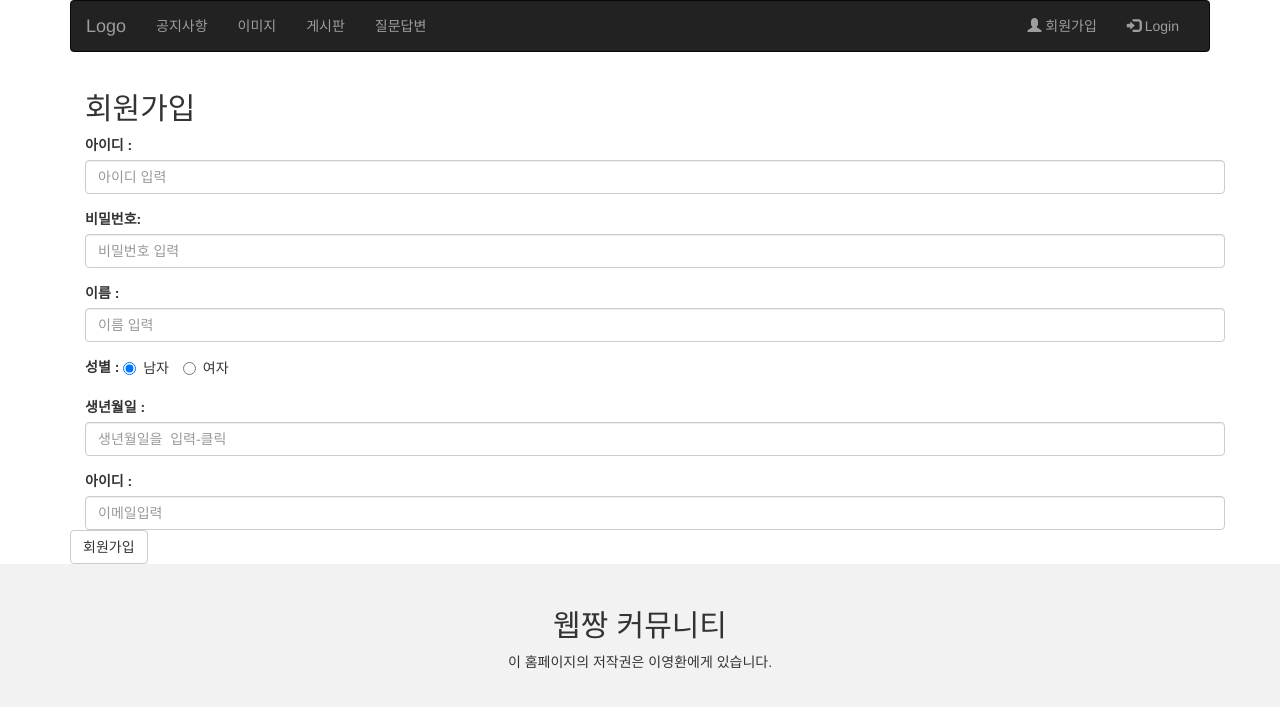
Repository: xo461/test
Page: http://localhost/webjjangcom_ver2/member/joinForm.jsp
An editor plug-in stored every save of this project. The page is shown before and after the next save, followed by the edit.
The browser window is 1280 px wide. The pictures show the whole page.
Some web libraries are served in a nearby version. The page is served by Tomcat 9. Other server files are loaded and not shown. The template is opened directly, without the code that normally fills it, so the values that code supplies are empty.

Above is the page before, as saved 2019-11-13 02:37:48.

### web/webjjangcom_ver2/WebContent/WEB-INF/sitemesh.xml
<?xml version="1.0" encoding="UTF-8"?>
<!DOCTYPE XML>
<!-- 작성자 : 이영환 -->
<!-- 작성일 : 2018-11-14 -->
<!-- sitemesh 설정에 대한 정의 xml 파일 -->
<sitemesh>
	<!-- 레이아웃 꾸미기는 /WEB-INF/decorators.xml로 정의 -->
	<property name="decorators-file" value="/WEB-INF/decorators.xml" />
	<!-- 위에 property로 정의된 xml를 포함 시킨다. -->
	<excludes file="${decorators-file}" />

	<!-- HTML 분해 객체 선택 : title, head, body-->
	<page-parsers>
		<parser content-type="text/html"
			class="com.opensymphony.module.sitemesh.parser.HTMLPageParser" />
	</page-parsers>

	<!-- HTML 조립기 -->
	<decorator-mappers>
		<mapper

			class="com.opensymphony.module.sitemesh.mapper.ConfigDecoratorMapper">
			<param name="config" value="${decorators-file}" />
		</mapper>
	</decorator-mappers>
</sitemesh>

### web/webjjangcom_ver2/WebContent/WEB-INF/decorators.xml
<?xml version="1.0" encoding="UTF-8"?>
<!DOCTYPE XML>
<!-- 작성자 : 이영환 -->
<!-- 작성일 : 2018-11-14 -->
<!-- 꾸미기(레이아웃)에 대한 선언 -->
<decorators defaultdir="/WEB-INF/views/decorator">
	<!-- hello에 대한 요청이 들어오면 적용시키는 레이아웃 선언 -->
	<decorator name="main" page="default_decorator.jsp">
		<!-- url 패턴 중에서 적용이 안되는(패턴의 충돌) 패턴이 있으면 *를 제거하고 적용하세요. -->
<!-- 		<pattern>/</pattern> -->
		<pattern>/main</pattern>
		<pattern>/notice/*</pattern>
		<pattern>/board/*</pattern>
		<pattern>/member/*</pattern>
		<pattern>/qna/*</pattern>
		<pattern>/image/*</pattern>
	</decorator>

	<!-- 관리자의 대한 요청 레이아웃 선언 -->
<!-- 	<decorator name="admin" page="admin_decorator.jsp"> -->
<!-- 		<pattern>/admin/*</pattern> -->
<!-- 	</decorator> -->

	<!-- 데코레이션에서 제외되는 요청을 선언 -->

</decorators>

### web/webjjangcom_ver2/WebContent/member/joinForm.jsp
<%@ page language="java" contentType="text/html; charset=UTF-8"
    pageEncoding="UTF-8"%>
<!DOCTYPE html>
<html>
<head>
<meta charset="UTF-8">
<title>회원가입</title>
<!-- bootstrap 라이브러리 등록 :CDN 방식 -->
  <meta name="viewport" content="width=device-width, initial-scale=1">
  <link rel="stylesheet" href="https://maxcdn.bootstrapcdn.com/bootstrap/3.4.0/css/bootstrap.min.css">
  <link rel="stylesheet" href="//code.jquery.com/ui/1.12.1/themes/base/jquery-ui.css">
  <script src="https://ajax.googleapis.com/ajax/libs/jquery/3.4.1/jquery.min.js"></script>
  <script src="https://maxcdn.bootstrapcdn.com/bootstrap/3.4.0/js/bootstrap.min.js"></script>
  <script src="https://code.jquery.com/ui/1.12.1/jquery-ui.js"></script>

<script>
  $( function() {
    $( "#birth" ).datepicker();
    $( "#birth" ).datepicker( "option", "dateFormat", "yy-mm-dd");
  } );
  </script>
</head>
<body>
<div class="container">

<!-- hearder -> h1 : 첫번째 나오는 제목 -->
	<h2>회원가입</h2>
	<form action="join.jsp" method="post">
    <div class="form-group">

<!--     아이디 입력 -->
      <label for="id">아이디 :</label>
<!--  아이디 입력 - 4자 이상 20자 이내 , 영문자와 숫자만 가능, 맨 앞자리는 영문자, 필수입력 -->
<!-- maxlength : 최대 입력 글자수, pattern : 입력 글자의 형식,
title : 마우스를 올려 놨을때 메시지, 또는 형식에 안맞을 때 사용하는 메세지  -->
      <input type="text" class="form-control" id="id"
      placeholder="아이디 입력" name="id"
      maxlength="20" required="required"
	  pattern="^[A-Za-z][A-Za-z0-9]{3,19}$"
	  title="4-20자 영숫자, 맨 앞자는 영문자"/>
    </div>

<!--     비밀번호 입력 -->
    <div class="form-group">
      <label for="pw">비밀번호:</label>
      <input type="password" class="form-control" id="pw"
      		 maxlength="20" required="required"
			 pattern="^.{4,20}$" title="4-20이내의 글자 입력"
			 placeholder="비밀번호 입력"
      		 name="pw"/>
    </div>

<!--     이름입력 -->
    <div class="form-group">
      <label for="name">이름 :</label>
<!--  아이디 입력 - 2자 이상 10자 이내 , 한글만 가능, 필수입력 -->
<!-- maxlength : 최대 입력 글자수, pattern : 입력 글자의 형식,
title : 마우스를 올려 놨을때 메시지, 또는 형식에 안맞을 때 사용하는 메세지  -->
      <input type="text" class="form-control" id="name"
      placeholder="이름 입력" name="name"
      maxlength="10" required="required"
	  pattern="^[가-힣]{2,10}$"
	  title="2-10자 한글"/>
    </div>

<!--     성별 입력 -->
    <div class="form-group">
        <label for="namd">성별 :</label>
    	<label class="radio-inline">
    		<input type="radio" name="gender" checked
    			value = "남자" >남자
    	</label>
    	<label class="radio-inline">
    		<input type="radio" name="gender"
    			value = "여자" >여자
    	</label>
    </div>

<!--     생년월일 입력 -->
    <div class="form-group">
      <label for="birth">생년월일 :</label>
<!-- maxlength : 최대 입력 글자수, pattern : yyyy-mm-dd,
title : 마우스를 올려 놨을때 메시지, 또는 형식에 안맞을 때 사용하는 메세지  -->
      <input type="text" class="form-control" id="birth"
      placeholder="생년월일을  입력-클릭" name="birth"
      maxlength="10" required="required"
	  pattern="^[0-9]{4}-[0-9]{1,2}-[0-9]{1,2}$"
	  />
    </div>

<!--     이메일 입력 -->
      <label for="id">아이디 :</label>
<!--  아이디 입력 - 4자 이상 20자 이내 , 영문자와 숫자만 가능, 맨 앞자리는 영문자, 필수입력 -->
<!-- maxlength : 최대 입력 글자수, pattern : 입력 글자의 형식,
title : 마우스를 올려 놨을때 메시지, 또는 형식에 안맞을 때 사용하는 메세지  -->
      <input type="text" class="form-control" id="email"
      placeholder="이메일입력" name="email"
      maxlength="50" required="required"
	  pattern="[A-Za-z0-9]@"
	  title="4-20자 영숫자, 맨 앞자는 영문자"/>
    </div>

    <button type="submit" class="btn btn-default">회원가입</button>
</form>
</div>
</body>
</html>

### web/webjjangcom_ver2/WebContent/WEB-INF/views/decorator/default_decorator.jsp
<!-- sitemesh 사용을 위한 설정 파일 -->
<!-- 작성자 : 이영환 -->
<!-- 작성일 : 2018-11-14 -->

<%@ page language="java" contentType="text/html; charset=UTF-8"
	pageEncoding="UTF-8"%>
<%@taglib prefix="decorator"
	uri="http://www.opensymphony.com/sitemesh/decorator"%>
<%@taglib prefix="c" uri="http://java.sun.com/jsp/jstl/core"%>
<!DOCTYPE html>
<html>

<head>
<meta http-equiv="Content-Type" content="text/html; charset=UTF-8">

<!-- title을 개별 jsp에 있는 title로 적용한다. -->
<title>웹짱::<decorator:title /></title>

<!-- jQuery, BootStrap 웹 라이브러리를 등록 했으므로 url 적용되는 개별 jsp에 등록 금지 -->
<meta name="viewport" content="width=device-width, initial-scale=1">

<link rel="stylesheet"
	href="https://maxcdn.bootstrapcdn.com/bootstrap/3.3.7/css/bootstrap.min.css">
<!-- 구글 아이콘 라이브러리 등록 : CSS -->
<link href="https://fonts.googleapis.com/icon?family=Material+Icons" rel="stylesheet">
<script
	src="https://ajax.googleapis.com/ajax/libs/jquery/3.1.1/jquery.min.js"></script>
<script
	src="https://maxcdn.bootstrapcdn.com/bootstrap/3.3.7/js/bootstrap.min.js"></script>

<style type="text/css">
header, footer {
	background: AntiqueWhite;
}

pre {
	background: white;
	border: 0px;
}

/* Remove the navbar's default margin-bottom and rounded borders */
.navbar {
	margin-bottom: 0;
	border-radius: 0;
}

/* Add a gray background color and some padding to the footer */
footer {
	background-color: #f2f2f2;
	padding: 25px;
}

.carousel-inner img {
	width: 100%; /* Set width to 100% */
	margin: auto;
	min-height: 200px;
}

/* Hide the carousel text when the screen is less than 600 pixels wide */
@media ( max-width : 600px) {
	.carousel-caption {
		display: none;
	}
}

article {
	min-height: 460px;
}

#welcome {
	color: grey;
	margin: 0 auto;
}
</style>
<!-- <script type="text/javascript" src="../js/jquery.js"></script> -->
<script type="text/javascript">
	$(document).ready(function() {
	});
</script>
<!-- 개별 jsp의 head 태그안에 있는 css, js를 넣어준다. -->
<decorator:head/>
</head>
<body>
	<div class="container">
<!-- 	메뉴나 로고 등  -->
	<header>
		<nav class="navbar navbar-inverse">
			<div class="container-fluid">

				<!-- 회사 로고 부분 -->
				<div class="navbar-header">
					<button type="button" class="navbar-toggle" data-toggle="collapse"
						data-target="#myNavbar">
						<span class="icon-bar"></span> <span class="icon-bar"></span> <span
							class="icon-bar"></span>
					</button>
					<a class="navbar-brand" href="${absUri }">Logo</a>
				</div>

				<!-- 모듈 메뉴 -->
				<div class="collapse navbar-collapse" id="myNavbar">
					<ul class="nav navbar-nav">
						<li><a href="/notice/list.jsp">공지사항</a></li>
						<li><a href="/image/list.jsp">이미지</a></li>
						<li><a href="/board/list.jsp">게시판</a></li>
						<li><a href="/qna/list.jsp">질문답변</a></li>
						<!-- 회원관리는 관리자 권한으로 로그인하면 보인다. -->
						<c:if test="${!empty login }">

				<!-- 관리자 메뉴  -->
							<c:if test="${login.grade==9 }">
								<li><a href="/member/list.jsp">회원관리</a></li>
							</c:if>
						</c:if>
					</ul>


					<!-- 오른쪽에 위치하는 메뉴바 -->
					<ul class="nav navbar-nav navbar-right">

						<!-- 로그인을 안한 경우의 메뉴 -->
						<c:if test="${empty login }">
							<li><a href="/member/joinForm.jsp"><span
									class="glyphicon glyphicon-user"></span> 회원가입</a></li>
							<li><a href="/member/loginForm.jsp"><span
									class="glyphicon glyphicon-log-in"></span> Login</a></li>
						</c:if>

						<!-- 로그인은 한 경우의 메뉴 -->
						<c:if test="${!empty login }">
							<li id="welcome"><a href="#">${login.name}[${login.gradeName }]</a></li>
							<li><a href="/member/view.do"> 내 정보 보기</a></li>
							<li><a href="/member/logout.do"><span
									class="glyphicon glyphicon-log-in"></span> Logout</a></li>
						</c:if>
					</ul>
				</div>
			</div>
		</nav>
	</header>
	<article>
		<decorator:body />
	</article>
	<footer class="container-fluid text-center">
		<h2>웹짱 커뮤니티 </h2>
		<p>이 홈페이지의 저작권은 이영환에게 있습니다.</p>
	</footer>
	</div>
</body>
</html>

After the next save:
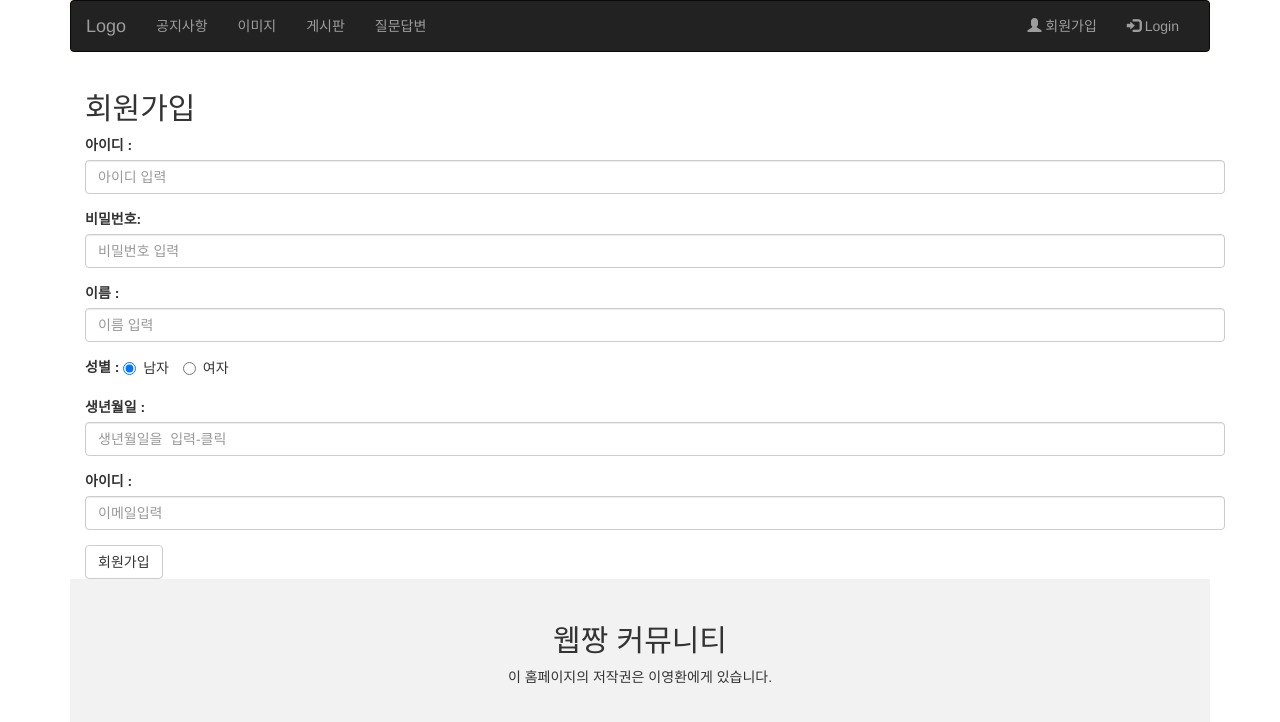
Saved 2 min 13 s later.
--- a/web/webjjangcom_ver2/WebContent/member/joinForm.jsp
+++ b/web/webjjangcom_ver2/WebContent/member/joinForm.jsp
@@ -26,9 +26,9 @@
 <!-- hearder -> h1 : 첫번째 나오는 제목 -->
 	<h2>회원가입</h2>
 	<form action="join.jsp" method="post">
-    <div class="form-group">
 
 <!--     아이디 입력 -->
+    <div class="form-group">
       <label for="id">아이디 :</label>
 <!--  아이디 입력 - 4자 이상 20자 이내 , 영문자와 숫자만 가능, 맨 앞자리는 영문자, 필수입력 -->
 <!-- maxlength : 최대 입력 글자수, pattern : 입력 글자의 형식,
@@ -89,6 +89,7 @@ title : 마우스를 올려 놨을때 메시지, 또는 형식에 안맞을 때
     </div>
 
 <!--     이메일 입력 -->
+	  <div class="form-group">
       <label for="id">아이디 :</label>
 <!--  아이디 입력 - 4자 이상 20자 이내 , 영문자와 숫자만 가능, 맨 앞자리는 영문자, 필수입력 -->
 <!-- maxlength : 최대 입력 글자수, pattern : 입력 글자의 형식,
@@ -96,7 +97,7 @@ title : 마우스를 올려 놨을때 메시지, 또는 형식에 안맞을 때
       <input type="text" class="form-control" id="email"
       placeholder="이메일입력" name="email"
       maxlength="50" required="required"
-	  pattern="[A-Za-z0-9]@"
+	  pattern="[A-Za-z0-9]*@[A-Za-z0-9]*.[A-Za-z0-9]{2,3}"
 	  title="4-20자 영숫자, 맨 앞자는 영문자"/>
     </div>
 
